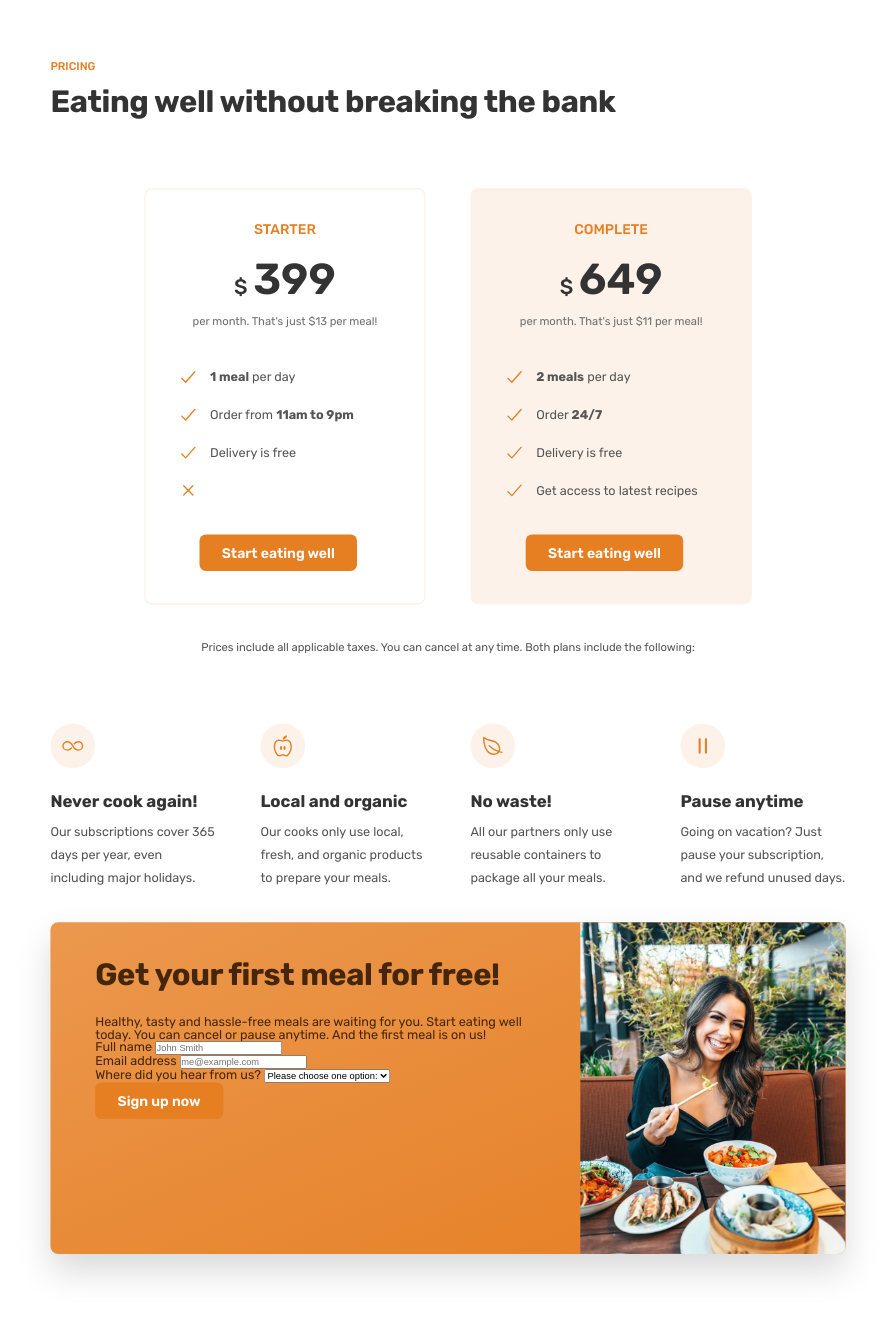
Repository: longvuht/omnifood-vu-nl
Page: index.html
An editor plug-in stored every save of this project. The page is shown before and after the next save, followed by the edit.
The browser window is 1280 px wide. The pictures show the part of the page from y = 4521 to 6441 px (the page is 6441 px tall), at 70% of full size.
The style sheet was rebuilt from its Sass, Less or Tailwind sources for each picture, by a compiler version that may differ from the author's.

Above is the page before, as saved 2022-09-20 18:40:11.

After the next save:
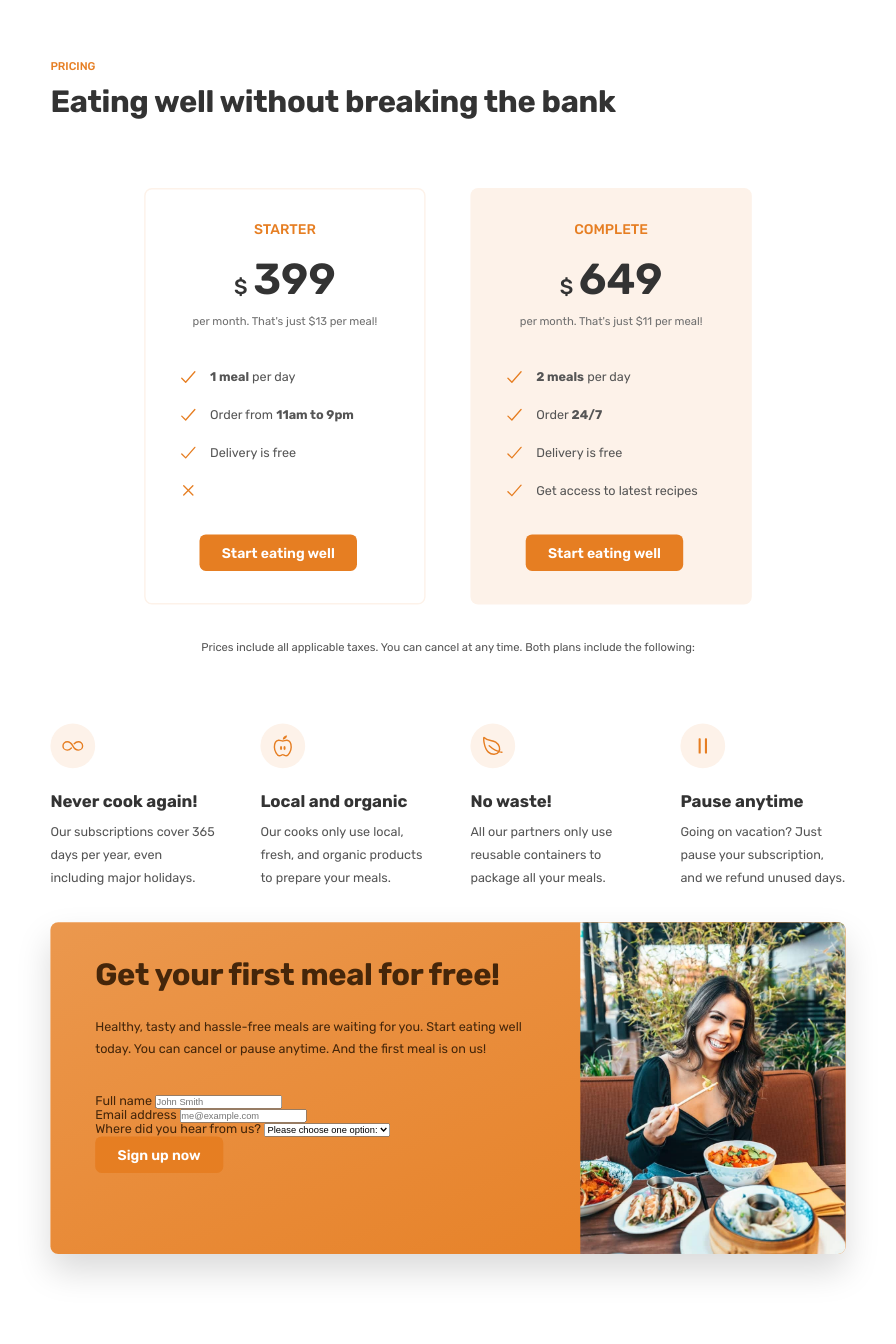
Saved 15 s later.
--- a/sass/_cta.scss
+++ b/sass/_cta.scss
@@ -19,5 +19,8 @@
     line-height: 1.2;
   }
   &__desc {
+    font-size: 1.8rem;
+    line-height: 1.8;
+    margin-bottom: 4.8rem;
   }
 }
